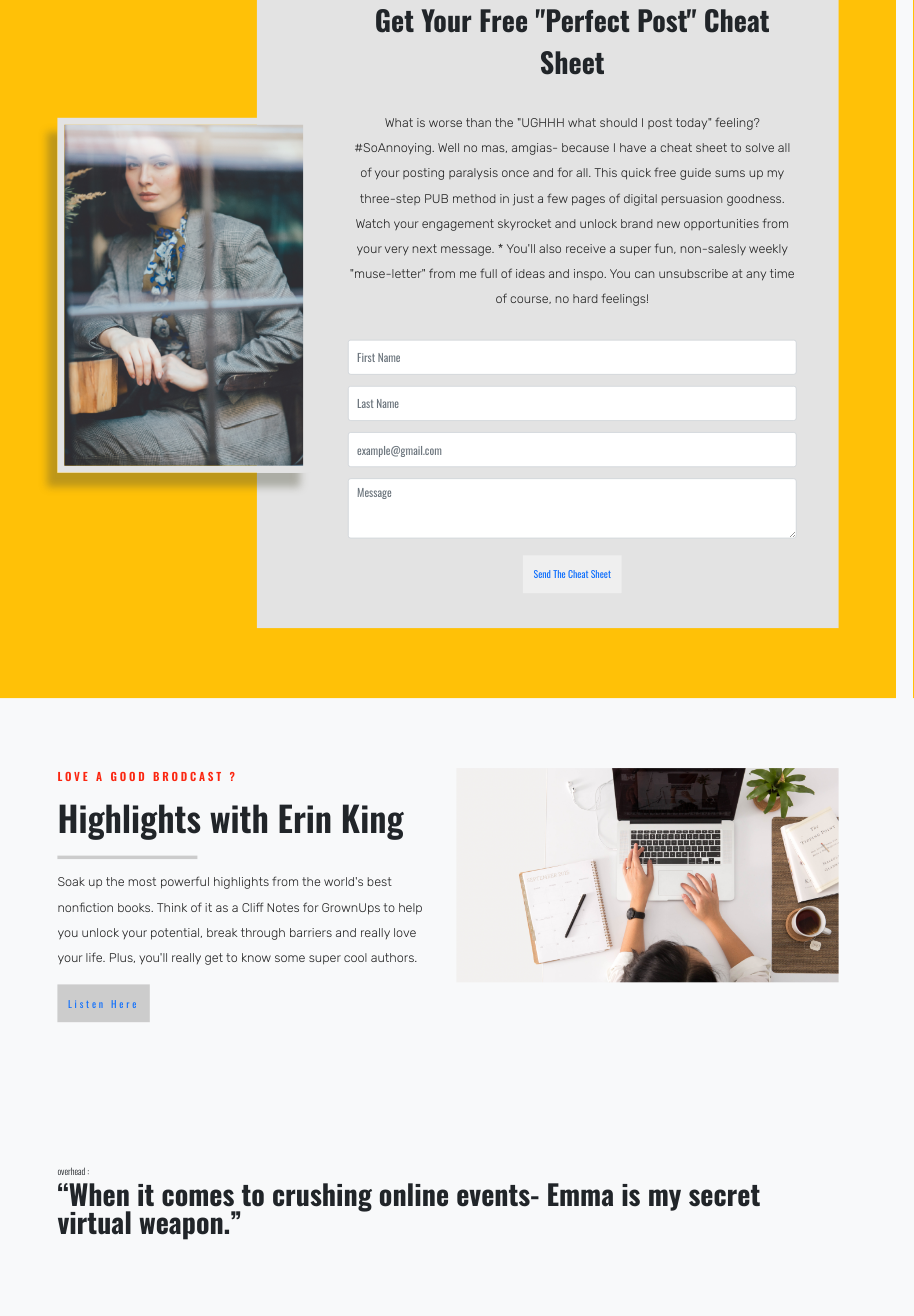
Repository: poroshrahman40/emma-watson-portfolio
Page: index.html
These files come from the project's save history. The page is drawn as it stood at one moment and after a run of saves; the edit follows.
The browser window is 1280 px wide. The page is 1305 px wide, so the pictures cover 1305 px, including what lies to the right of the window. The pictures show the part of the page from y = 4545 to 6425 px (the page is 6425 px tall), at 70% of full size.
Some web fonts or font styles are not loaded; a fallback is used.

Above is the page before, as saved 2021-12-08 01:59:29.

### index.html

<!DOCTYPE html>
<html lang="en">
    <head>

        <meta charset="UTF-8">
        <meta name="viewport" content="width=device-width, initial-scale=1, shrink-to-fit=no">
        <title>Document</title>

        <!-- favicon -->
        <link rel="shortcut icon" type="image/hair-specialist-fav-icon" href="#">
        <!-- animate.min - css -->
        <link rel="stylesheet" href="assets/css/animate.css">
        <!-- animate - css -->
        <link rel="stylesheet" href="assets/css/animate.min.css">
        <!-- owl.carousel.min - css -->
        <link rel="stylesheet" href="assets/css/owl.carousel.min.css">
        <!-- owl.theme.default.min - css -->
        <link rel="stylesheet" href="assets/css/owl.theme.default.min.css">
        <!-- font-awesome all.css -->
        <link rel="stylesheet" href="assets/css/fontawesome-all.css">
        <!-- boxicons.css -->
        <link rel='stylesheet' href="assets/css/boxicons.min.css">
        <link href='https://unpkg.com/boxicons@2.1.1/css/boxicons.min.css' rel='stylesheet'>
        <!-- bootstrap.min - css -->
        <link rel="stylesheet" href="assets/css/bootstrap.min.css">
        <!-- silk-css -->
        <link rel="stylesheet" href="assets/css/slick.css">
        <!-- slick-theme.css -->
        <link rel="stylesheet" href="assets/css/slick-theme.css">
        <!-- main - css -->
        <link rel="stylesheet" href="assets/css/style.css">
        <!-- responsive - css -->
        <link rel="stylesheet" href="assets/css/responsive.css">

    </head>

    <body>
    <!-- preloader start -->
    <!-- <div id="preloader"></div> -->
    <!-- preloader end -->

    <!-- header -start
    ================================== -->
    <header class="ew-main">
        <div class="ew__main__content">
            <div class="ew__nav">
                <div class="ew__logo__div">
                    <a href="https://ow-en.com" title="" class="nav__link ew__snlogo">
                    <img class="logo w-100" src="assets/image/logo-gif.gif" alt="logo-not-found"></a>
                </div>
                <div class="container">
                    <div class="mobile__toggle" ontouchstart="">
                        <div class="mobile__toggle__container">
                            <div class="mobile__open">
                            </div>
                            <div class="mobile__close"></div>
                        </div>
                    </div>
                    <div id="mob__menu" class="nav__mobile__container nav__mobile__container__default">
                        <div class="container-fluid">
                            <div class="row center">
                                <div class="col col__sm">
                                    <ul class="nav__list">
                                        <li class="nav__list-1">
                                            <a class="nav__link nav__link__selected nav__list__link" href="#">Home</a>
                                        </li>
                                        <li class="nav__list-2">
                                            <a class="nav__link nav__list__link" href="#">Books</a>
                                        </li>
                                        <li class="nav__list-3">
                                            <a class="nav__link nav__list__link" href="#">Info.</a>
                                        </li>
                                        <li class="nav__list-4">
                                            <a class="nav__link nav__list__link" href="#">Course</a>
                                            <!-- nav__link__selected -->
                                        </li>
                                    </ul>
                                </div>
                                <div class="col col__sm">
                                    <ul class="nav__list nav__list__rightaligned">
                                        <li class="nav__list-5">
                                            <a class="nav__link nav__list__link" href="#">Keyword</a>
                                        </li>
                                        <li class="nav__list-6">
                                            <a class="nav__link nav__list__link" href="#">Brodcast</a>
                                        </li>
                                        <li class="nav__list-7">
                                            <a class="nav__link nav__list__link" href="#">Contact</a>
                                        </li>
                                        <li class="nav__list-8">
                                            <a class="nav__link nav__list__link" href="#">Blog</a>
                                        </li>
                                    </ul>
                                </div>
                            </div>
                        </div>
                    </div>
                </div>
            </div>
            <!-- <div class="content">
                <h1>A very simple responsive menu with the logo in the middle</h1>
              <h2>Feel free to use this menu however you'd like. No need to give credit. However, please <strong><a href="https://ow-en.com">consider hiring me :)</strong></h2>
            </div> -->
        </div>
    </header>
    <!-- Banner section - start
    ================================ -->


        <div id="ew-banner" class="ew-banner">
            <div class="container">
                <div class="row">
                    <div class="col-lg-12 offset-1">
                        <div class="ew-hero-image">
                            <img src="assets/image/hero-image.png" alt="hero-image">
                        </div>
                        <div class="ew-hero-right-content">
                            <span> Hey,There</span>
                            <h4>Lorem ipsum, dolor sit amet consectetur adipisicing elit. Similique, aut.</h4>
                            <div class="ew-link d-flex mt-4">
                                <i class='bx bx-link fa-2x me-2'></i><a href="#"><p>See my motivational speach.You're Kind of a Big Deal: Level Up by Unlocking Your Audacity.</p></a>
                            </div>
                            <div class="ew-link d-flex">
                                <i class='bx bx-link fa-2x me-2'></i><a href="#"><p>See my motivational speach.You're Kind of a Big Deal: Level Up by Unlocking Your Audacity.</p></a>
                            </div>
                            <div class="ew-link d-flex mb-4">
                                <i class='bx bx-link fa-2x me-2'></i><a href="#"><p>See my motivational speach.You're Kind of a Big Deal: Level Up by Unlocking Your Audacity.</p></a>
                            </div>
                            <div class="ew-hero-right-btn">
                                <a href="#">See More About Me</a>
                            </div>
                        </div>
                    </div>
                </div>
            </div>
        </div>


<!-- Banner section - End
================================ -->

<!-- virtual-presentations - start
======================================== -->
    <section id="ew-virtual-presentation">
        <div class="container-fuild">
            <div class="row">
                <div class="col-lg-12 text-center">
                    <div class="ew-vairtul-content">
                        <h2 class="mb-40">Live and Virtual Presentations <br> That Rock </h2>
                        <p class="">Whether we're talking about the pulsing energy of a packed convention center or a virtual gathering, Erin will delight and wow your attendees with one of her two signature keynotes:&nbsp;<br><br>SALES/LEADERSHIP: Digital Persuasion- Ignite Your Influence&nbsp;<br>SUCCESS MINDSET: Big Deal Energy- Unlock Your Audacity&nbsp;<br><br>Both high-energy, motivational and story-packed with a clear takeaway method to be applied for immediate impact and tangible results.&nbsp;<br></p>
                        <div class="ew-virtual-btn mb-4">
                            <button><a href="#">View Emma's Fun Sizzel Reel</a></button>
                        </div>
                        <div class="ew-virtual-btn">
                            <button><a href="#">View Emma watson's RAW just The steak Speaking Reel</a></button>
                        </div>

                    </div>
                </div>
            </div>
        </div>
    </section>

<!-- virtual-presentations - End
========================================== -->

<!-- virtual keynotes - start
======================================== -->

<section id="ew-virtual-keynotes">
    <div class="container">
        <div class="row">
            <div class="col-lg-6">
                <div class="ew-virtual-vedio">
                    <img src="assets/image/keynotes-image.png" alt="keynotes-image">
                    <div class="keynotes-overlay ew-icon-position">
                        <a href="#"><i class='bx bx-play fa-2x' style='color:#e0e0e0'></i></a>
                    </div>
                </div>
            </div>
            <div class="col-lg-6 d-flex align-items-center">
                <div class="ew-keynotes-content ew-cm-span">
                    <span>Lorem ipsum dolor sit amet</span>
                    <h1>Lorem ipsum dolor sit amet consectetur Lorem ipsum dolor sit amet consectetur.</h1>
                    <p>Whether we're talking about your executive leadership team, your sales force, your internal marketing mavens or your entire organization- let's energize and inspire them to show up big. Because, let's be real, we all need to up our game these days to not just survive, but THRIVE.</p>
                    <button class="ew-keynotes-btn">
                        <a href="#">Describe More Now</a>
                    </button>
                </div>
            </div>
        </div>
    </div>
</section>

<!-- virtual keynotes - End
======================================== -->

<!-- Treat yourself - Start
======================================= -->
<section id="ew-treat-yourself">
    <div class="container">
        <div class="ew-img-row">
            <div class="row">
                <div class="col-lg-4 col-md-4 col-sm-12">
                    <img src="assets/image/treat-yourself.png" alt="treat-image">
                </div>
                <div class="col-lg-4 col-md-4 col-sm-12">
                    <img src="assets/image/treat-yourself-2.png" alt="treat-image">
                </div>
                <div class="col-lg-4 col-md-4 col-sm-12">
                    <img src="assets/image/treat-yourself-3.png" alt="treat-image">
                </div>
            </div>
        </div>
    </div>
    <div class="container-fuild">
        <div class="ew-treat-content">
            <div class="row">
                <div class="col-lg-12 text-center">
                    <div class="ew-treat-details">
                        <span>Lorem ipsum dolor sit amet consectetur <br> adipisicing elit. Nulla.</span>
                        <h1 class="mb-40">YES, TAKE ME FOR A SPA DAY <br> Treat Yourself to The Social Media Spa</h1>
                        <p class="se-t sie-spa_4-text st-m-paragraph st-d-paragraph se-rc">If you're a direct seller, entrepreneur or a professional looking to use social media more strategically, get ready to clarify your brand, detox your approach and refresh your messaging for massive impact. Never "not know what to type".If you're a direct seller, entrepreneur or a professional looking to use social media more strategically, get ready to clarify your brand, detox your approach and refresh your messaging for massive impact. Never "not know what to type" <i>ever</i> again.&nbsp;</p>
                        <div class="ew-treat-btn mb-4">
                            <button><a href="#">View Emma's Fun Sizzel Reel</a></button>
                        </div>
                    </div>
                </div>
            </div>
        </div>
    </div>
</section>


<!-- Treat yourself - End
========================================= -->
<!-- Cheat Sheet - start
======================================== -->

<section id="ew-get-cheat-sheet">
    <div class="container">
        <div class="row">
            <div class="col-lg-3 d-flex align-items-center justify-content-end">
                <div class="ew-cheat-sheet-image">
                    <img src="assets/image/cheet-seet-side-image.png" alt="image-not-found">
                </div>
            </div>
            <div class="col-lg-9 text-center">
                <div class="ew-cheat-sheet-card">
                    <div class="ew-offer-title mb-40">
                        <h1>Get Your Free "Perfect Post" Cheat Sheet</h1>
                    </div>
                    <p>What is worse than the "UGHHH what should I post today" feeling? #SoAnnoying. Well no mas, amgias- because I have a cheat sheet to solve all of your posting paralysis once and for all. This quick free guide sums up my three-step PUB method in just a few pages of digital persuasion goodness.
Watch your engagement skyrocket and unlock brand new opportunities from your very next message.
* You'll also receive a super fun, non-salesly weekly "muse-letter" from me full of ideas and inspo. You can unsubscribe at any time of course, no hard feelings! </p>

                    <div class="ew-cheet-seet-form text-start mt-40">
                        <div class="mb-3">
                            <!-- <label for="exampleFormControlInput1" class="form-label">First Name</label> -->
                            <input type="name" class="form-control" id="exampleFormControlInput1" placeholder="First Name">
                        </div>
                        <div class="mb-3">
                            <!-- <label for="exampleFormControlInput1" class="form-label">Last Name</label> -->
                            <input type="name" class="form-control" id="exampleFormControlInput1" placeholder="Last Name">
                        </div>
                        <div class="mb-3">
                            <!-- <label for="exampleFormControlInput1" class="form-label">Last Name</label> -->
                            <input type="email" class="form-control" id="exampleFormControlInput1" placeholder="example@gmail.com">
                        </div>
                        <div class="mb-3">
                            <!-- <label for="exampleFormControlTextarea1" class="form-label">Example textarea</label> -->
                            <textarea type="text" class="form-control" id="exampleFormControlTextarea1" placeholder="Message" rows="3"></textarea>
                        </div>
                        <div class="mt-4 text-center">
                            <button class="ew-cheat-sheet-btn">
                                <a href="#">Send The Cheat Sheet</a>
                            </button>
                        </div>
                    </div>
                </div>
            </div>
        </div>
    </div>

</section>

<!-- Cheat Sheet - end
======================================== -->
<!-- Good Podcast - Start
====================================== -->
<section>
    <div class="container">
        <div class="row">
            <div class="col-lg-6 col-md-6 col-sm-12">
                <div class="ew-podcast-content ew-cm-span">
                    <span>Love a good Brodcast ?</span>
                    <h1>Highlights with Erin King</h1>
                    <p>Soak up the most powerful highlights from the world's best nonfiction books. Think of it as a Cliff Notes for GrownUps to help you unlock your potential, break through barriers and really love your life. Plus, you'll really get to know some super cool authors. </p>
                </div>
                <button class="ew-podcast-btn">
                    <a href="#">Listen Here</a>
                </button>
            </div>
            <div class="col-lg-6 col-md-6 col-sm-12">
                <img src="assets/image/highlight-image.png" alt="highlight-image">
            </div>
        </div>
    </div>
</section>


<!-- Good Podcast - End
====================================== -->

<!-- Simple quotes - Start
====================================== -->
<section id="ew-quotes">
    <div class="container">
        <div class="col-lg-12">
            <div class="ew-quotes-items justify-content-center">
                <span>overhead :</span>
                <h1>“When it comes to crushing online events-
                    Emma is my secret virtual weapon.”</h1>
            </div>
        </div>
    </div>
</section>

<!-- Simple quotes - End
====================================== -->

    <!-- footer section - Start
    ============================== -->




    <!-- Footer section - End
    ============================= -->



    <!-- jquery-3.5.0.min - js -->
    <script src="assets/js/jquery-3.5.0.min.js"></script>
    <!-- .magnific-popup -->
    <script src="assets/js/jquery.magnific-popup.min.js"></script>
    <!-- bootstrap.min - js -->
    <script src="assets/js/bootstrap.min.js"></script>
    <!-- bootstrap - bundle min.js -->
    <script src="assets/js/bootstrap.bundle.min.js"></script>
    <!-- bootstrap - bundl.js -->
    <script src="assets/js/bootstrap.bundle.js"></script>
    <!-- boxicons - js -->
    <script src="assets/js/boxicons.js"></script>
    <!-- popper.min - js -->
    <script src="assets/js/popper.min.js"></script>
    <!-- owl.carousel.min - js -->
    <script src="assets/js/owl.carousel.min.js"></script>
    <!-- wow.min - js -->
    <script src="assets/js/wow.min.js"></script>
    <!-- silk - js -->
    <script src="assets/js/slick.min.js"></script>
    <!-- main - js -->
    <script src="assets/js/main.js"></script>

</body>
</html>

Loaded but not shown: assets/css/animate.css (library); assets/css/animate.min.css (library); assets/css/owl.carousel.min.css (library); assets/css/owl.theme.default.min.css (common file); assets/css/fontawesome-all.css (library); assets/css/bootstrap.min.css (library); assets/css/slick.css (common file); assets/css/slick-theme.css (library); assets/js/jquery-3.5.0.min.js (library); assets/js/jquery.magnific-popup.min.js (library); assets/js/bootstrap.min.js (library); assets/js/bootstrap.bundle.min.js (library); assets/js/bootstrap.bundle.js (library); assets/js/popper.min.js (library); assets/js/owl.carousel.min.js (library); assets/js/wow.min.js (library); assets/js/slick.min.js (library); assets/js/main.js (14 lines, source omitted); assets/css/responsive.css (904 lines, source omitted); assets/css/style.css (672 lines, source omitted)

After the next 3 saves:
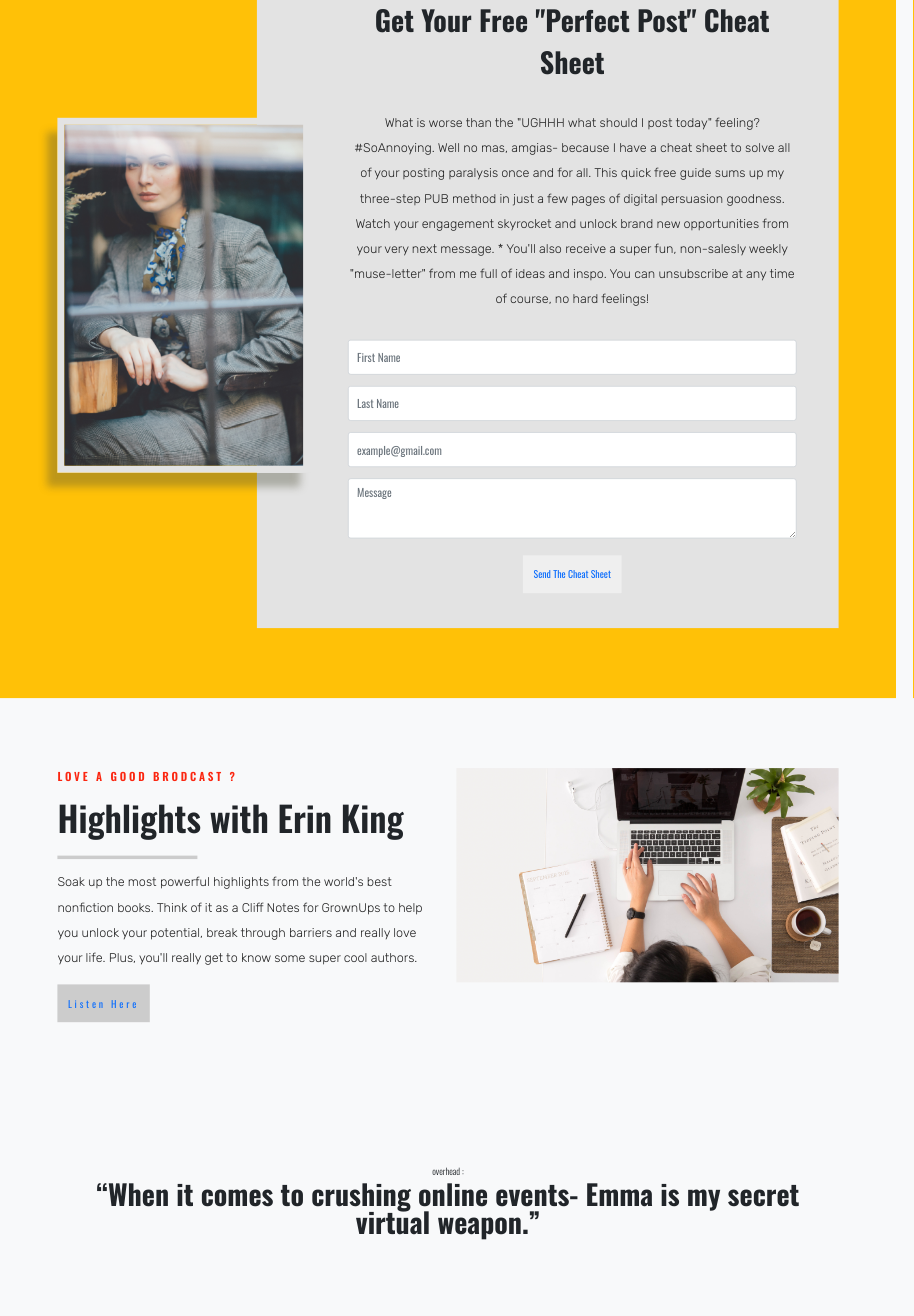
The 3 saves are shown as one change because they came seconds apart.
The last was saved 10 s later.
--- a/index.html
+++ b/index.html
@@ -318,7 +318,7 @@ Watch your engagement skyrocket and unlock brand new opportunities from your ver
 <section id="ew-quotes">
     <div class="container">
         <div class="col-lg-12">
-            <div class="ew-quotes-items justify-content-center">
+            <div class="ew-quotes-items text-center justify-content-center">
                 <span>overhead :</span>
                 <h1>“When it comes to crushing online events-
                     Emma is my secret virtual weapon.”</h1>
